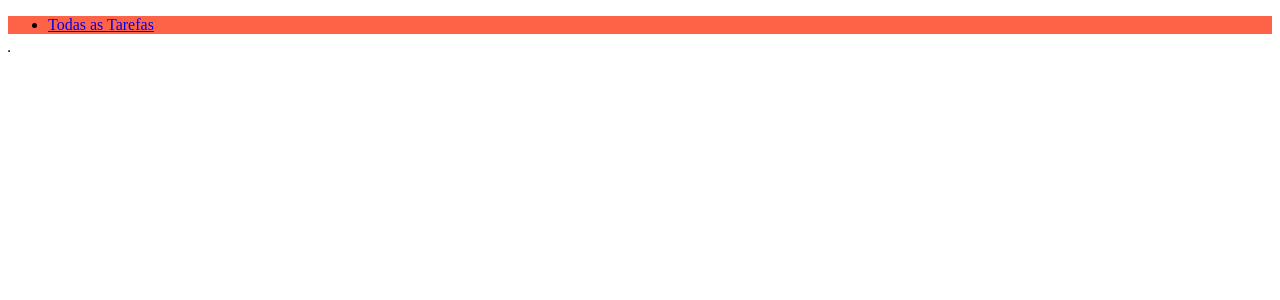
Repository: sophiaks/CRUD
Page: http://localhost/Projeto1/Lista
These files come from the project's save history. The page is drawn as it stood at one moment and after the next save; the edit follows.
The browser window is 1280 px wide. The pictures show the whole page.
The page is served by Tomcat 9. Other server files are loaded and not shown. Queries for data that is not in the repository find no rows.

Above is the page before, as saved 2020-09-22 00:39:27.

### WorkspaceP1/Projeto1/WebContent/lista.jsp
<%@ page language="java" contentType="text/html; charset=ISO-8859-1"
    pageEncoding="ISO-8859-1"%>
<%@ taglib uri="http://java.sun.com/jsp/jstl/core" prefix="c" %>
<%@ taglib uri="http://java.sun.com/jsp/jstl/fmt" prefix="fmt" %>

<!DOCTYPE html>
<html>
<head>
<meta charset="ISO-8859-1">
<title>Lista de Tarefas</title>
</head>
<body>
	<jsp:useBean id="dao" class="br.edu.insper.DAO"/>
	<header>
		<nav class="navbar navbar-expand-md navbar-dark"
			style="background-color: tomato">
			<ul class="navbar-nav">
				<li><a href="<%=request.getContextPath()%>/list"
					class="nav-link">Todas as Tarefas</a></li>
			</ul>
		</nav>
	</header>
	<table border="1">
	<c:forEach var="tarefa" items="${tarefas}">
					<tr>
						<td><c:out value="${tarefa.tarefa}" /></td>
						<td><c:out value="${tarefa.data}" /></td>
						<td><c:out value="${tarefa.descricao}" /></td>

						<td><a href="edit?id=<c:out value='${tarefa.id}' />">Editar</a>
								&nbsp;&nbsp;&nbsp;&nbsp; <a
								href="delete?id=<c:out value='${tarefa.id}' />">Deletar</a></td>

						<td><button (click)="updateTodo(todo.id)" class="btn btn-success">Editar</button>
          							<button (click)="deleteTodo(todo.id)" class="btn btn-warning">Deletar</button></td>
						</tr>
					</c:forEach>

</table>
</body>
</html>

### WorkspaceP1/Projeto1/src/br/edu/insper/model/Lista.java
package br.edu.insper;
import java.io.IOException;
import java.sql.SQLException;
import java.util.List;

import javax.servlet.RequestDispatcher;
import javax.servlet.ServletException;
import javax.servlet.annotation.WebServlet;
import javax.servlet.http.HttpServlet;
import javax.servlet.http.HttpServletRequest;
import javax.servlet.http.HttpServletResponse;


@WebServlet("/Lista")
public class Lista extends HttpServlet {
	private static final long serialVersionUID = 1L;


    public Lista() {
        super();
        // TODO Auto-generated constructor stub
    }

	protected void doGet(HttpServletRequest request, HttpServletResponse response) throws ServletException, IOException {
		// TODO Auto-generated method stub
		response.getWriter().append("Served at: ").append(request.getContextPath());
	}

	protected void service(HttpServletRequest request, HttpServletResponse response) throws ServletException, IOException {
		//Primeiro instanciar o DAO
		try {
			DAO dao = new DAO();
			List<Tarefa> tarefas;

			tarefas = dao.getLista();
			// atributo na requisicao
			request.setAttribute("tarefas", tarefas);

			RequestDispatcher dispatcher = request.getRequestDispatcher("lista.jsp");
			dispatcher.forward(request, response);
			dao.close();
		} catch (SQLException e) {
			// TODO Auto-generated catch block
			e.printStackTrace();
		} catch (ClassNotFoundException e) {
			// TODO Auto-generated catch block
			e.printStackTrace();
		}
	}

	protected void doPost(HttpServletRequest request, HttpServletResponse response) throws ServletException, IOException {
		// TODO Auto-generated method stub
		doGet(request, response);
	}

}

After the next save:
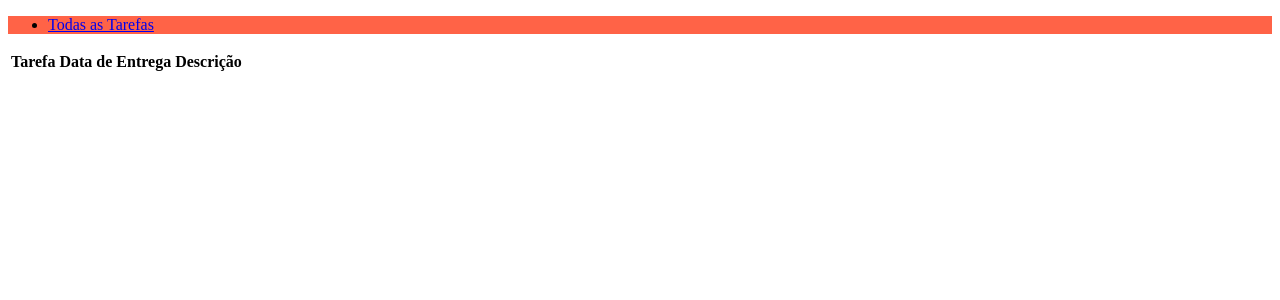
Saved 74 s later.
--- a/WorkspaceP1/Projeto1/WebContent/lista.jsp
+++ b/WorkspaceP1/Projeto1/WebContent/lista.jsp
@@ -20,22 +20,33 @@
 			</ul>
 		</nav>
 	</header>
-	<table border="1">
-	<c:forEach var="tarefa" items="${tarefas}">
+	<table class="table table-bordered">
+				<thead>
 					<tr>
-						<td><c:out value="${tarefa.tarefa}" /></td>
-						<td><c:out value="${tarefa.data}" /></td>
-						<td><c:out value="${tarefa.descricao}" /></td>
+						<th>Tarefa</th>
+						<th>Data de Entrega</th>
+						<th>Descrição</th>
+					</tr>
+				</thead>
+				<tbody>
+					<!--   for (Todo todo: todos) {  -->
+					<c:forEach var="tarefa" items="${tarefas}">
 
-						<td><a href="edit?id=<c:out value='${tarefa.id}' />">Editar</a>
+						<tr>
+							<td><c:out value="${tarefa.tarefa}" /></td>
+							<td><c:out value="${tarefa.data}" /></td>
+							<td><c:out value="${tarefa.descricao}" /></td>
+
+							<td><a href="edit?id=<c:out value='${tarefa.id}' />">Editar</a>
 								&nbsp;&nbsp;&nbsp;&nbsp; <a
 								href="delete?id=<c:out value='${tarefa.id}' />">Deletar</a></td>
 
-						<td><button (click)="updateTodo(todo.id)" class="btn btn-success">Editar</button>
-          							<button (click)="deleteTodo(todo.id)" class="btn btn-warning">Deletar</button></td>
+							<!--  <td><button (click)="updateTodo(todo.id)" class="btn btn-success">Update</button>
+          							<button (click)="deleteTodo(todo.id)" class="btn btn-warning">Delete</button></td> -->
 						</tr>
 					</c:forEach>
+					<!-- } -->
+				</tbody>
 
-</table>
 </body>
 </html>
